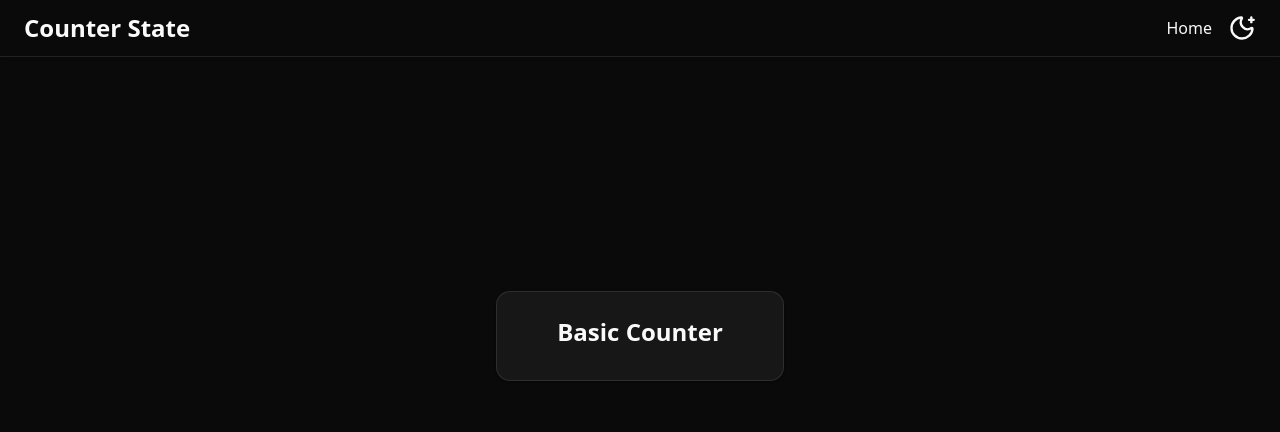
Repository: dev-piyushsarkar/counter-state-project
Page: /
The author's editor kept a copy of each file at every save. The page is drawn from the files as they stood at one save, then again after the next save.
The browser window is 1280 px wide. The pictures show the whole page.
The project was rebuilt for these pictures with package versions that can differ from the ones it lists, and the page was loaded fresh each time. The framework's server and built-in components were replaced by stand-ins that run in the browser. Also part of the build but not shown: next.config.ts.

Above is the page before, as saved 2025-11-15 13:30:16.

### src/app/layout.tsx
import Header from "@/components/Header/Header";
import ThemeProvider from "@/components/Providers/ThemeProvider";
import "./globals.css";

type RootLayoutProps = {
	children: React.ReactNode;
};

const RootLayout = ({ children }: Readonly<RootLayoutProps>) => {
	return (
		<html
			lang="en"
			suppressHydrationWarning>
			<body>
				<ThemeProvider
					attribute={"class"}
					defaultTheme="dark"
					enableSystem={false}>
					<Header />

					<main className="mx-auto max-w-7xl px-6 py-3">{children}</main>
				</ThemeProvider>
			</body>
		</html>
	);
};

export default RootLayout;

### src/app/page.tsx
import { Card, CardHeader, CardTitle } from "@/components/shadcnui/card";
import { Metadata } from "next";

export const metadata: Metadata = {
	title: "Nextjs Starter Frontend",
	description: "Production grade Next.js starter template",
};

const page = () => {
	return (
		<section className="grid h-[90dvh] place-items-center">
			<Card className="w-2xs">
				<CardHeader>
					<CardTitle className="text-center text-2xl font-semibold">
						Basic Counter
					</CardTitle>
				</CardHeader>
			</Card>
		</section>
	);
};

export default page;

### src/components/Header/Header.tsx
import Link from "next/link";
import ThemeToggleButton from "../ThemeToggleButton";

const Header = () => {
	return (
		<header
			className="fixed right-0 left-0 border-b shadow"
			aria-label="app-header">
			<div className="mx-auto flex max-w-7xl items-center justify-between px-6 py-3">
				<Link href={"/"}>
					<h1
						className="text-2xl font-semibold"
						aria-label="App Name">
						Counter State
					</h1>
				</Link>

				<nav className="flex items-center gap-4">
					<Link href={"/"}>Home</Link>

					<ThemeToggleButton />
				</nav>
			</div>
		</header>
	);
};

export default Header;

### src/components/Providers/ThemeProvider.tsx
"use client";

import { ThemeProvider as NextThemesProvider } from "next-themes";
import { ComponentProps } from "react";

type ThemeProviderProps = ComponentProps<typeof NextThemesProvider>;

const ThemeProvider = ({ children, ...props }: ThemeProviderProps) => {
	return <NextThemesProvider {...props}>{children}</NextThemesProvider>;
};

export default ThemeProvider;

### src/components/shadcnui/card.tsx
import * as React from "react"

import { cn } from "@/lib/utils"

function Card({ className, ...props }: React.ComponentProps<"div">) {
  return (
    <div
      data-slot="card"
      className={cn(
        "bg-card text-card-foreground flex flex-col gap-6 rounded-xl border py-6 shadow-sm",
        className
      )}
      {...props}
    />
  )
}

function CardHeader({ className, ...props }: React.ComponentProps<"div">) {
  return (
    <div
      data-slot="card-header"
      className={cn(
        "@container/card-header grid auto-rows-min grid-rows-[auto_auto] items-start gap-2 px-6 has-data-[slot=card-action]:grid-cols-[1fr_auto] [.border-b]:pb-6",
        className
      )}
      {...props}
    />
  )
}

function CardTitle({ className, ...props }: React.ComponentProps<"div">) {
  return (
    <div
      data-slot="card-title"
      className={cn("leading-none font-semibold", className)}
      {...props}
    />
  )
}

function CardDescription({ className, ...props }: React.ComponentProps<"div">) {
  return (
    <div
      data-slot="card-description"
      className={cn("text-muted-foreground text-sm", className)}
      {...props}
    />
  )
}

function CardAction({ className, ...props }: React.ComponentProps<"div">) {
  return (
    <div
      data-slot="card-action"
      className={cn(
        "col-start-2 row-span-2 row-start-1 self-start justify-self-end",
        className
      )}
      {...props}
    />
  )
}

function CardContent({ className, ...props }: React.ComponentProps<"div">) {
  return (
    <div
      data-slot="card-content"
      className={cn("px-6", className)}
      {...props}
    />
  )
}

function CardFooter({ className, ...props }: React.ComponentProps<"div">) {
  return (
    <div
      data-slot="card-footer"
      className={cn("flex items-center px-6 [.border-t]:pt-6", className)}
      {...props}
    />
  )
}

export {
  Card,
  CardHeader,
  CardFooter,
  CardTitle,
  CardAction,
  CardDescription,
  CardContent,
}

### src/components/ThemeToggleButton.tsx
"use client";

import { MoonStar, Sun } from "lucide-react";
import { useTheme } from "next-themes";

const ThemeToggleButton = () => {
	const { theme, setTheme } = useTheme();

	return (
		<button
			onClick={() => setTheme(theme === "dark" ? "light" : "dark")}
			className="flex cursor-pointer items-center">
			<Sun
				size={28}
				className="-rotate-90 opacity-100 transition-all duration-300 dark:rotate-0 dark:opacity-0"
			/>

			<MoonStar
				size={28}
				className="absolute -rotate-90 opacity-0 transition-all duration-300 dark:rotate-0 dark:opacity-100"
			/>
		</button>
	);
};

export default ThemeToggleButton;

### src/lib/utils.ts
import { clsx, type ClassValue } from "clsx";
import { twMerge } from "tailwind-merge";

export const cn: typeof clsx = (...inputs: ClassValue[]) => {
	return twMerge(clsx(inputs));
};

Loaded but not shown: src/app/globals.css (common file)

After the next save:
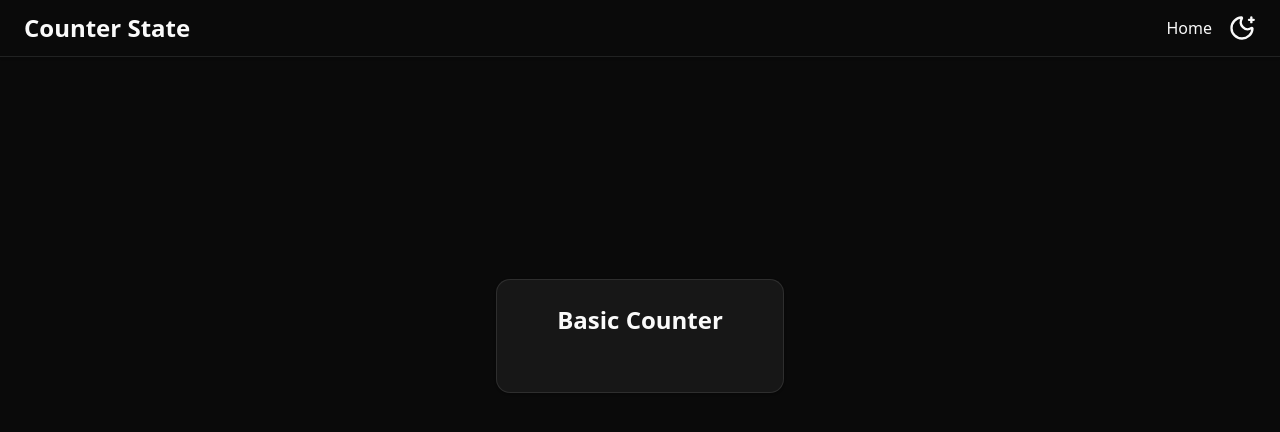
Saved 101 s later.
--- a/src/app/page.tsx
+++ b/src/app/page.tsx
@@ -1,4 +1,9 @@
-import { Card, CardHeader, CardTitle } from "@/components/shadcnui/card";
+import {
+	Card,
+	CardFooter,
+	CardHeader,
+	CardTitle,
+} from "@/components/shadcnui/card";
 import { Metadata } from "next";
 
 export const metadata: Metadata = {
@@ -15,6 +20,7 @@
 						Basic Counter
 					</CardTitle>
 				</CardHeader>
+				<CardFooter></CardFooter>
 			</Card>
 		</section>
 	);

After the 3 saves that followed:
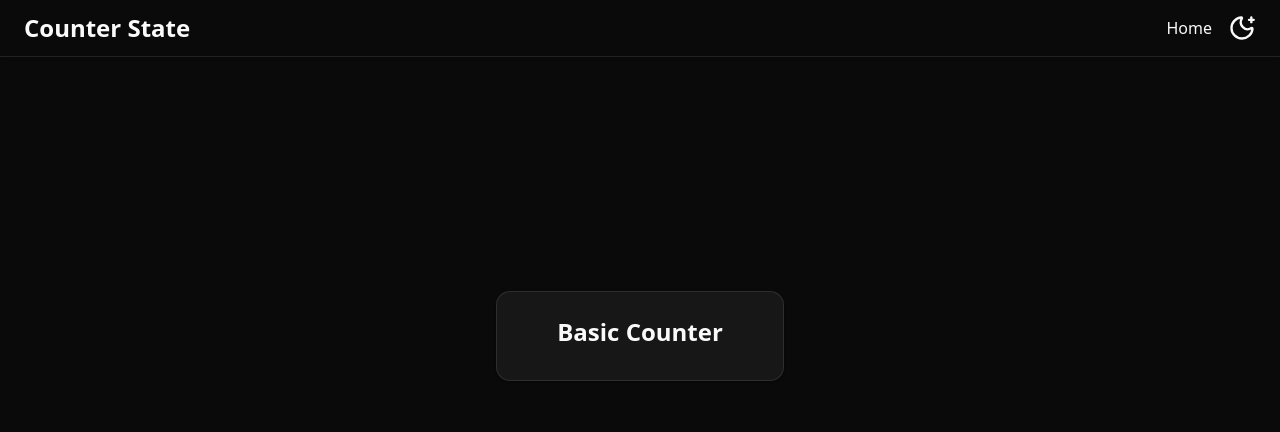
The 3 saves are shown as one change because 1 did not build or start and 1 left the picture as it was.
The last was saved 75 s later.
--- a/src/app/page.tsx
+++ b/src/app/page.tsx
@@ -1,9 +1,4 @@
-import {
-	Card,
-	CardFooter,
-	CardHeader,
-	CardTitle,
-} from "@/components/shadcnui/card";
+import { Card, CardHeader, CardTitle } from "@/components/shadcnui/card";
 import { Metadata } from "next";
 
 export const metadata: Metadata = {
@@ -20,7 +15,6 @@
 						Basic Counter
 					</CardTitle>
 				</CardHeader>
-				<CardFooter></CardFooter>
 			</Card>
 		</section>
 	);
